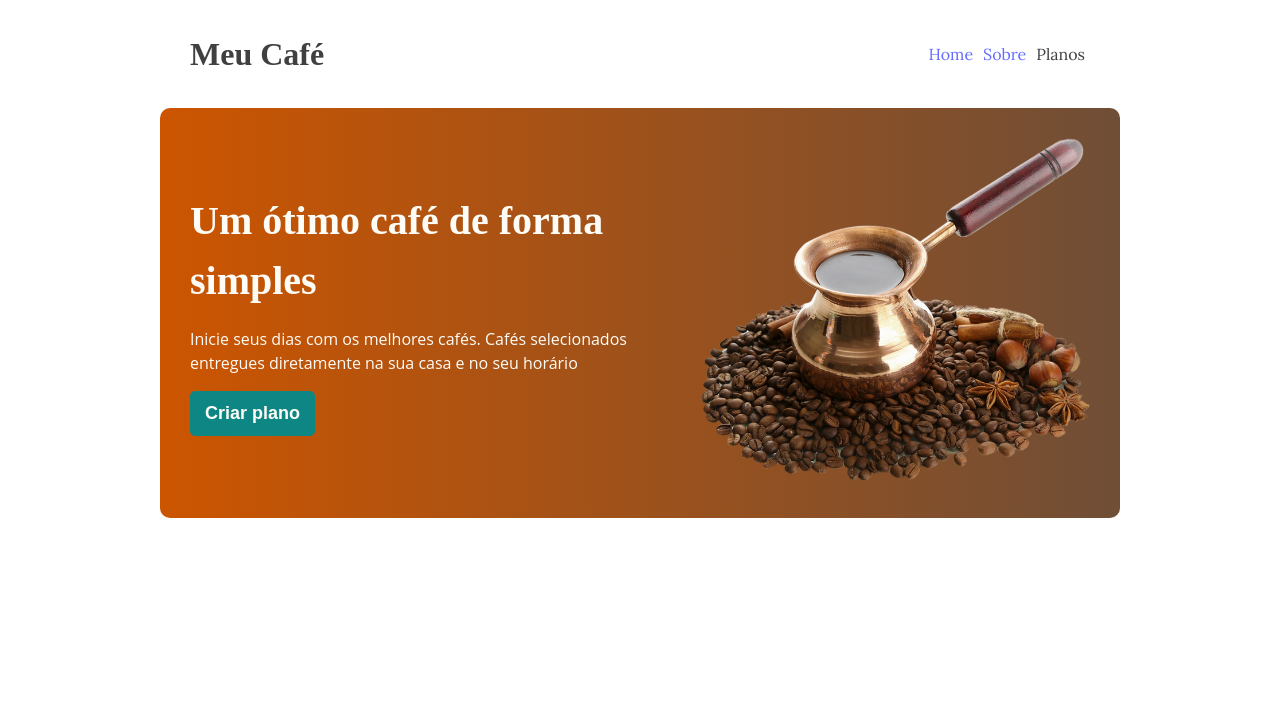
Repository: meiotera/meu_cafe.dev
Page: /
These files come from the project's save history. The page is drawn as it stood at one moment and after the next save; the edit follows.
The browser window is 1280 px wide. The pictures show the whole page.
The project was rebuilt for these pictures with package versions that can differ from the ones it lists, and the page was loaded fresh each time. Also part of the build but not shown: vite.config.js, src/Pages/AboutUs.jsx, src/Pages/YourPlane.jsx.

Above is the page before, as saved 2025-04-02 18:20:33.

After the next save:
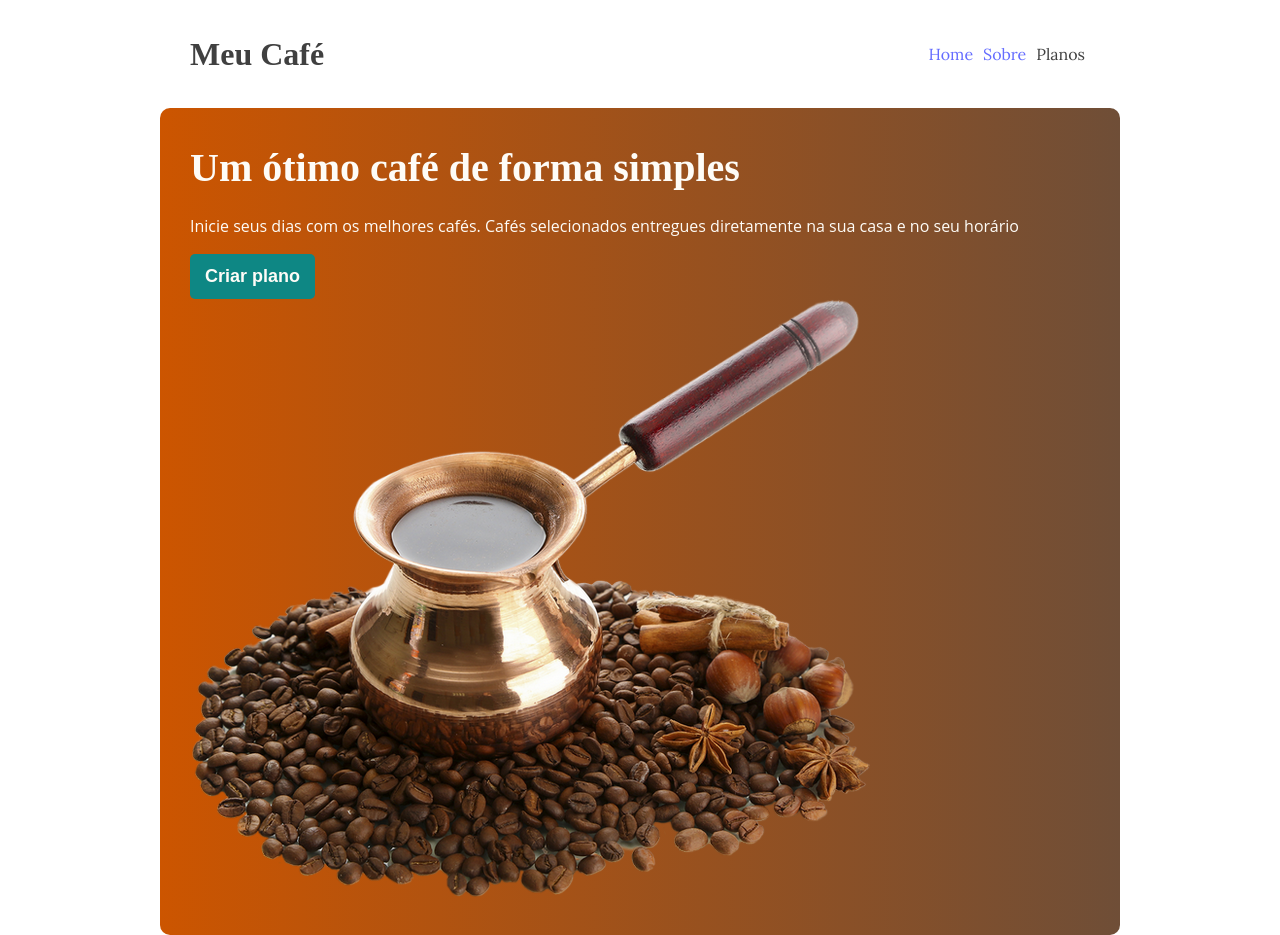
Saved 35 s later.
--- a/src/components/Banner/Banner.module.css
+++ b/src/components/Banner/Banner.module.css
@@ -25,10 +25,6 @@
   font-size: 2.5em;
 }
 
-.img {
-  flex: 1 1 260px;
-}
-
 .img img {
   width: 100%;
 }

After the 2 saves that followed:
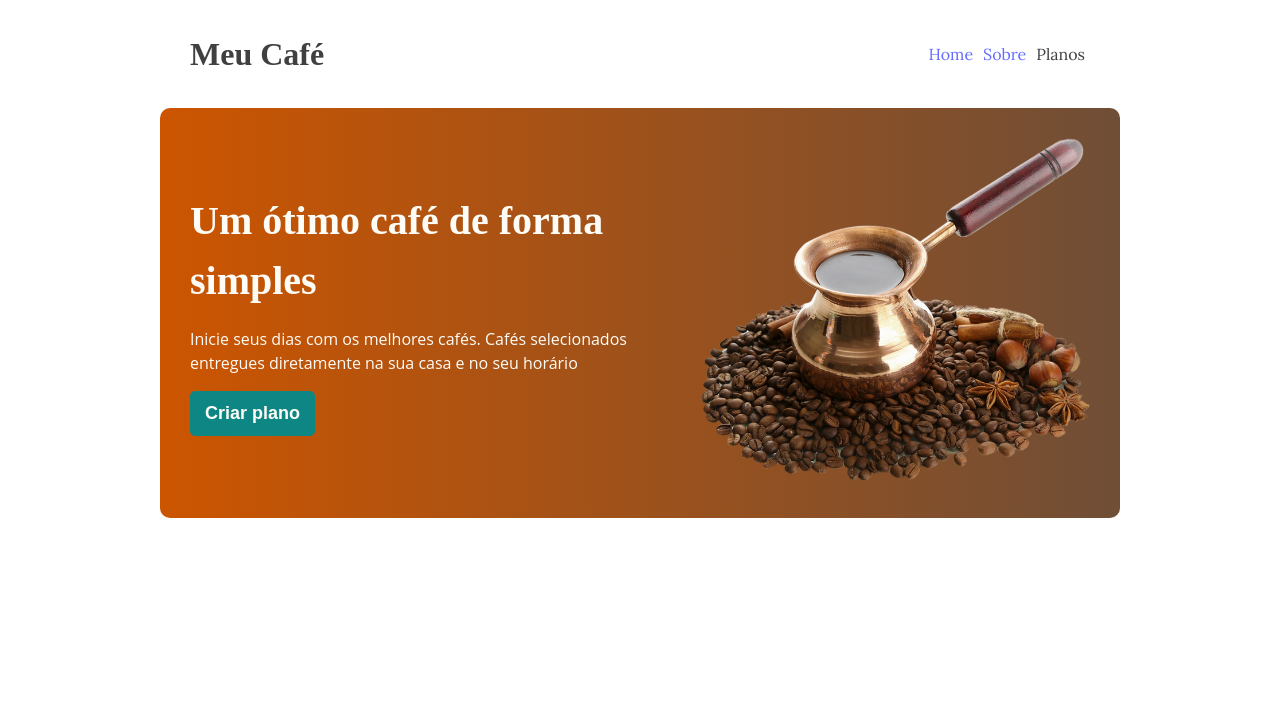
The 2 saves are shown as one change because they came seconds apart.
The last was saved 23 s later.
--- a/src/components/Banner/Banner.module.css
+++ b/src/components/Banner/Banner.module.css
@@ -25,6 +25,10 @@
   font-size: 2.5em;
 }
 
+.img {
+  flex: 1 1 260px;
+}
+
 .img img {
   width: 100%;
 }
